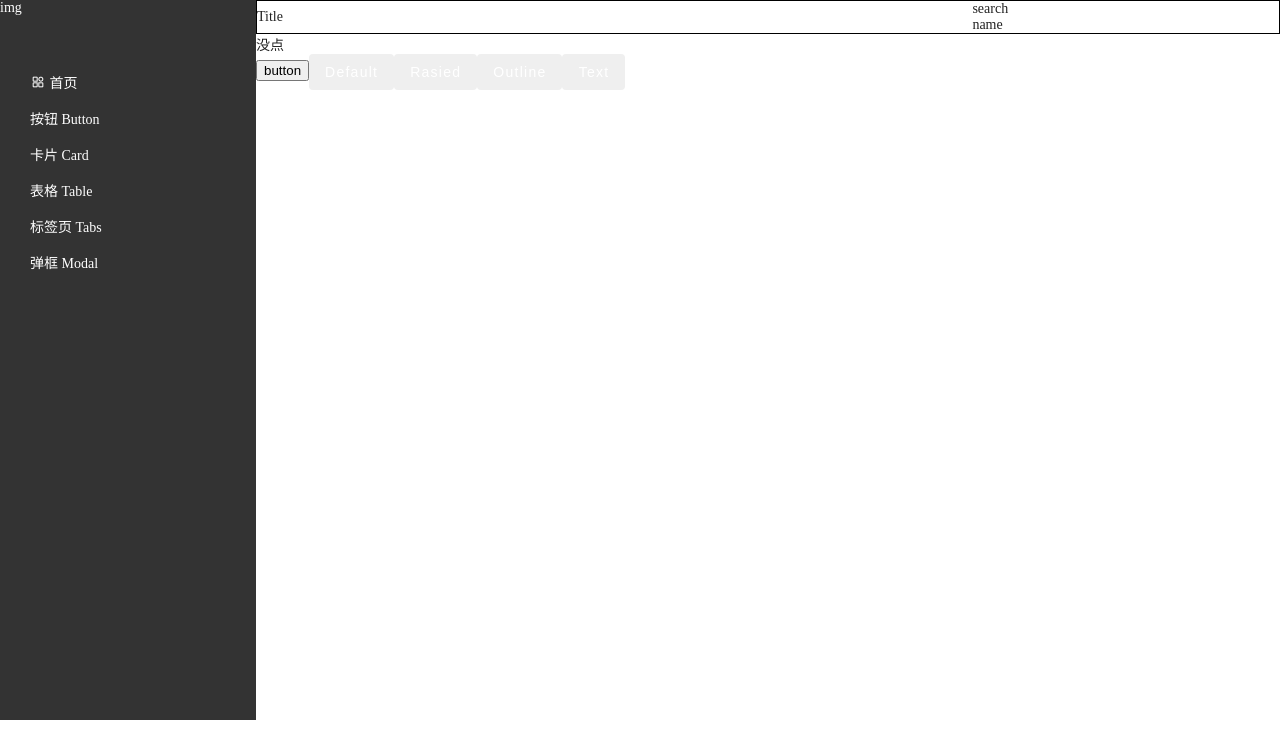
Repository: wyhsunflower/koalaUI
Page: /
An editor plug-in stored every save of this project. The page is shown before and after the next save, followed by the edit.
The browser window is 1280 px wide. The pictures show the whole page.
The project was rebuilt for these pictures with package versions that can differ from the ones it lists, and the page was loaded fresh each time. Also part of the build but not shown: webpack.config.js, src/components/Modal/Modal.vue. Imported but missing from the stored project, and not drawn on this page: src/views/go/go2.vue.

Above is the page before, as saved 2020-03-13 22:21:47.

After the next save:
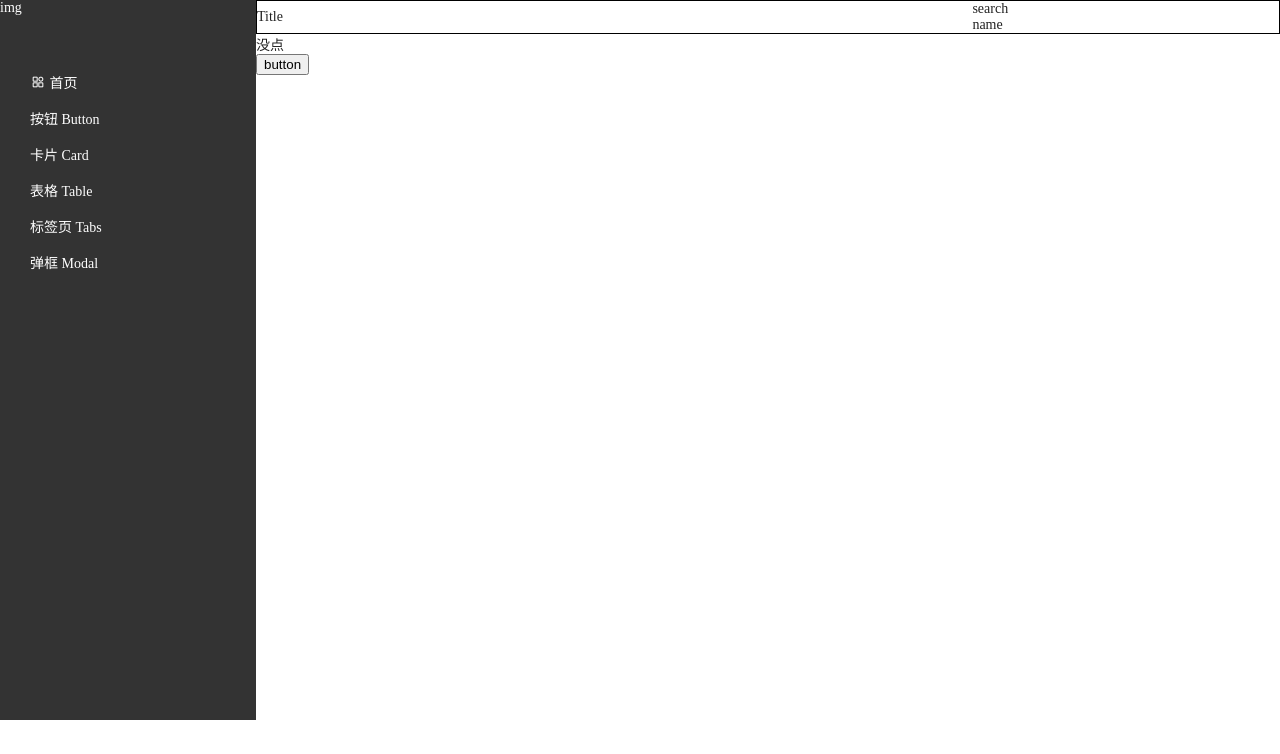
Saved 61 s later.
--- a/src/components/Button/Button.vue
+++ b/src/components/Button/Button.vue
@@ -44,8 +44,10 @@
                 const btnClass = {
                     "outline": [`koala-button-${this.type}`,`koala-button-ouline-color-${this.color}`],
                     "text": [`koala-button-${this.type}`,`koala-button-text-color-${this.color}`],
-                    "other": [`koala-button-${this.type}`,`koala-button-color-${this.color}`],
+                    "default": [`koala-button-${this.type}`,`koala-button-color-${this.color}`],
+                    "rasied": [`koala-button-${this.type}`,`koala-button-color-${this.color}`],
                 }
+                return btnclass[this.type]
                 // return [
                 //     `koala-button-${this.type}`,
                 //     `koala-button-color-${this.color}`,
